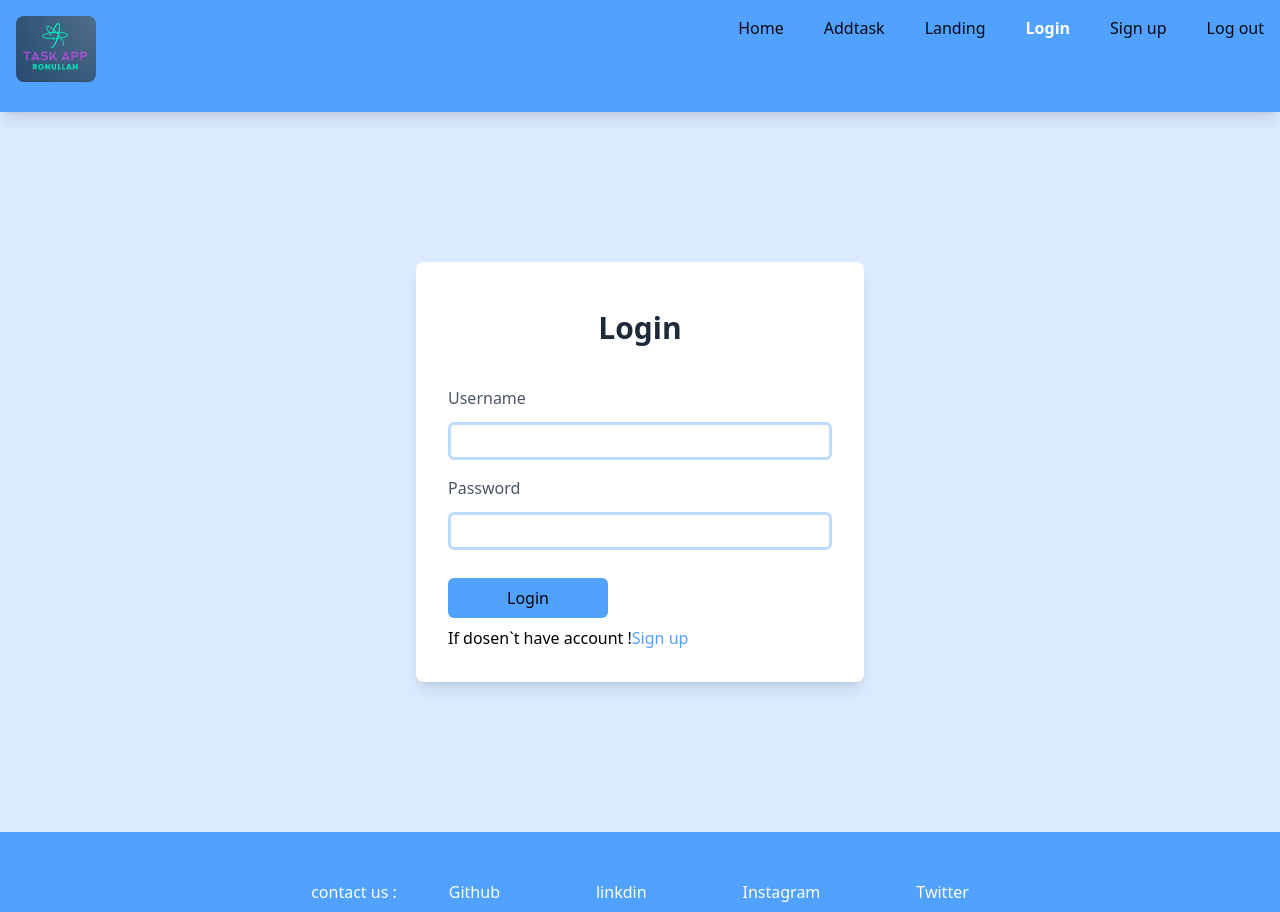
Repository: Rohullah-Noori/TaskApp
Page: /
An editor plug-in stored every save of this project. The page is shown before and after a run of saves, followed by the edit.
The browser window is 1280 px wide. The pictures show the whole page.
The project was rebuilt for these pictures with package versions that can differ from the ones it lists, and the page was loaded fresh each time. Also part of the build but not shown: vite.config.js, src/components/Loader.jsx, src/pages/Landing.jsx, src/pages/Home.jsx, src/pages/Signup.jsx, src/pages/Addtask.jsx, src/pages/Edittask.jsx, src/pages/Errorpage.jsx and 1 more.

Above is the page before, as saved 2025-03-01 11:18:56.

After the next 2 saves:
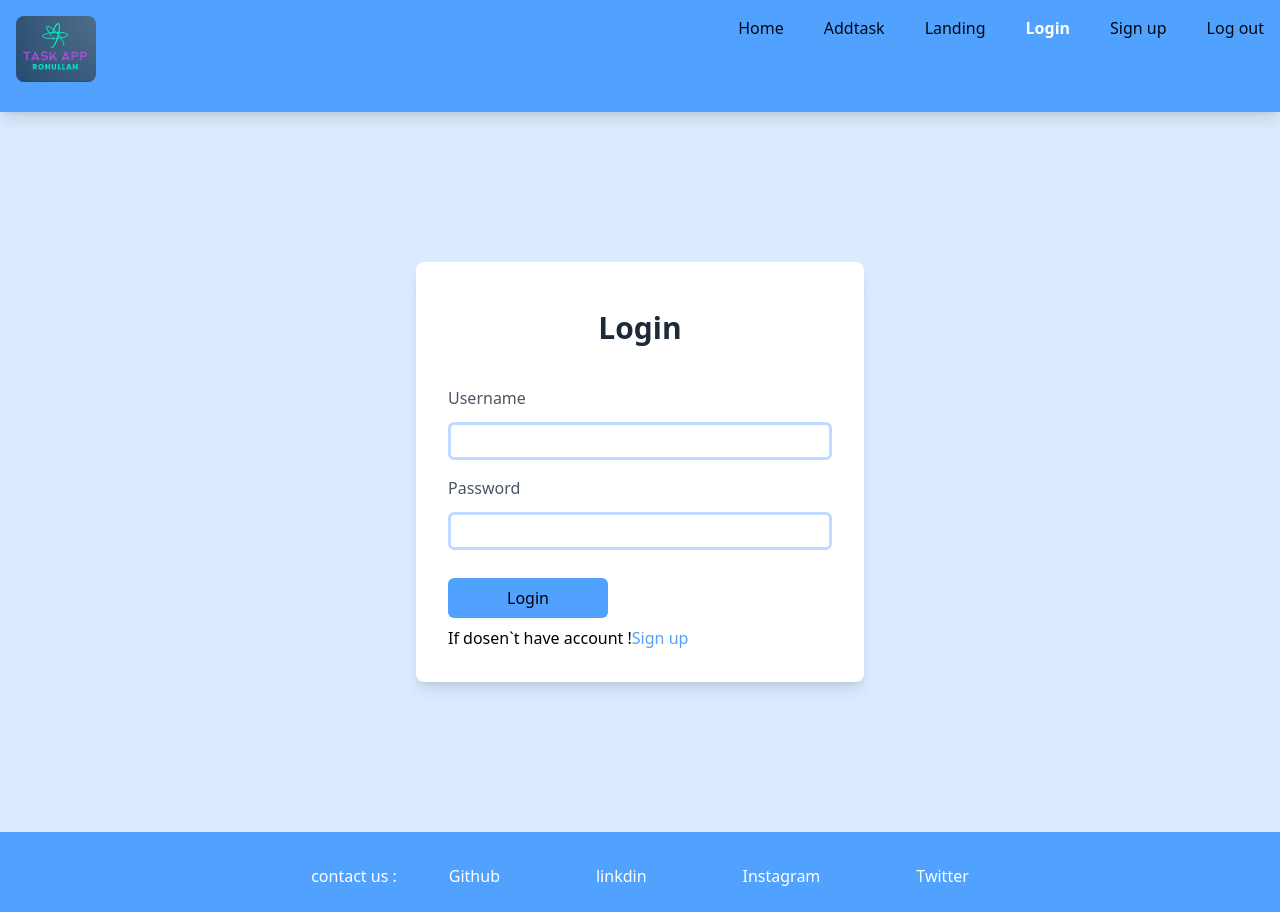
The 2 saves are shown as one change because they came seconds apart.
The last was saved 12 s later.
--- a/src/components/Footer.jsx
+++ b/src/components/Footer.jsx
@@ -3,7 +3,7 @@ function Footer() {
     // <div className=" w- md:w-full ">
 
     // </div>
-    <div className="bg-blue-400 w-screen   md:w-full min-h-20 pt-10 flex flex-wrap    justify-center  space-x-5 lg:space-x-13 text-white items-center">
+    <div className="bg-blue-400 w-screen   md:w-full min-h-20 pt-2 flex flex-wrap    justify-center  space-x-5 lg:space-x-13 text-white items-center">
       <div>
         <h1>contact us :</h1>
       </div>
